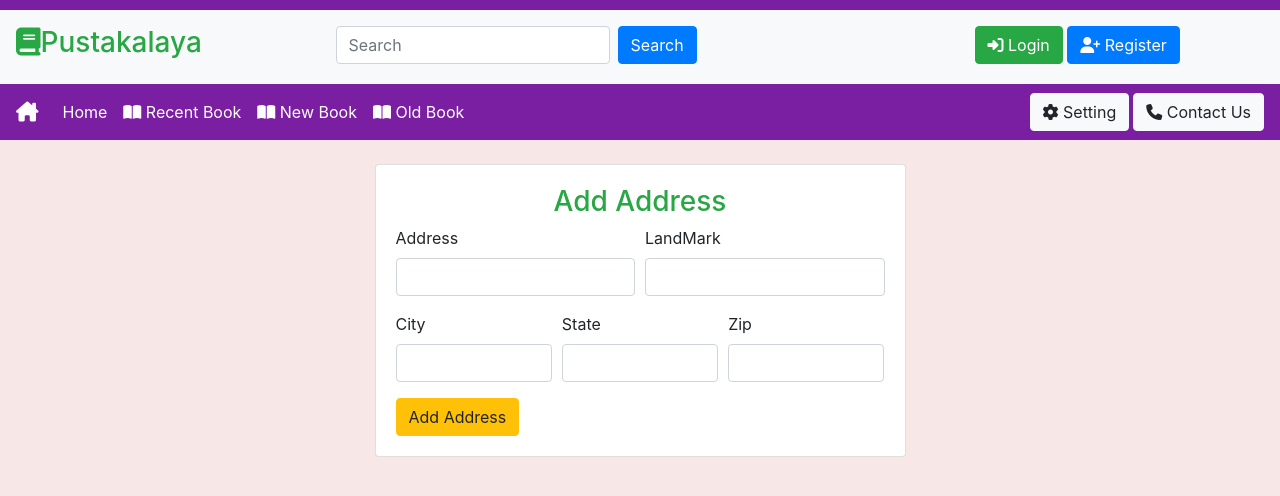
Repository: kalaprabhakar/Pustakalay_Web_Application
Page: http://localhost/E_Book_Management/user_address.jsp
These files come from the project's save history. The page is drawn as it stood at one moment and after the next save; the edit follows.
The browser window is 1280 px wide. The pictures show the whole page.
Some web libraries are served in a nearby version. The page is served by Tomcat 10.

Above is the page before, as saved 2024-02-28 14:59:15.

After the next save:
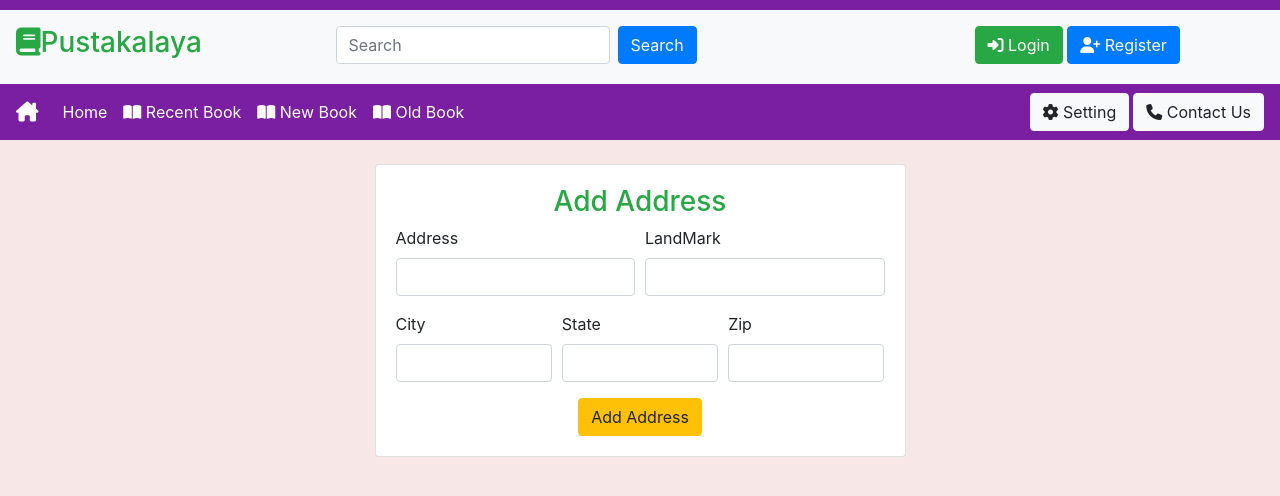
Saved 95 s later.
--- a/E_Book_Management/src/main/webapp/user_address.jsp
+++ b/E_Book_Management/src/main/webapp/user_address.jsp
@@ -45,7 +45,10 @@
 								</div>
 
 							</div>
-							<button type="submit" class="btn btn-warning">Add Address</button>
+							<div class="text-center">
+
+							<button type="submit" class="btn btn-warning text-whitw">Add Address</button>
+						</div>
 						</form>
 
 					</div>

After the save that followed:
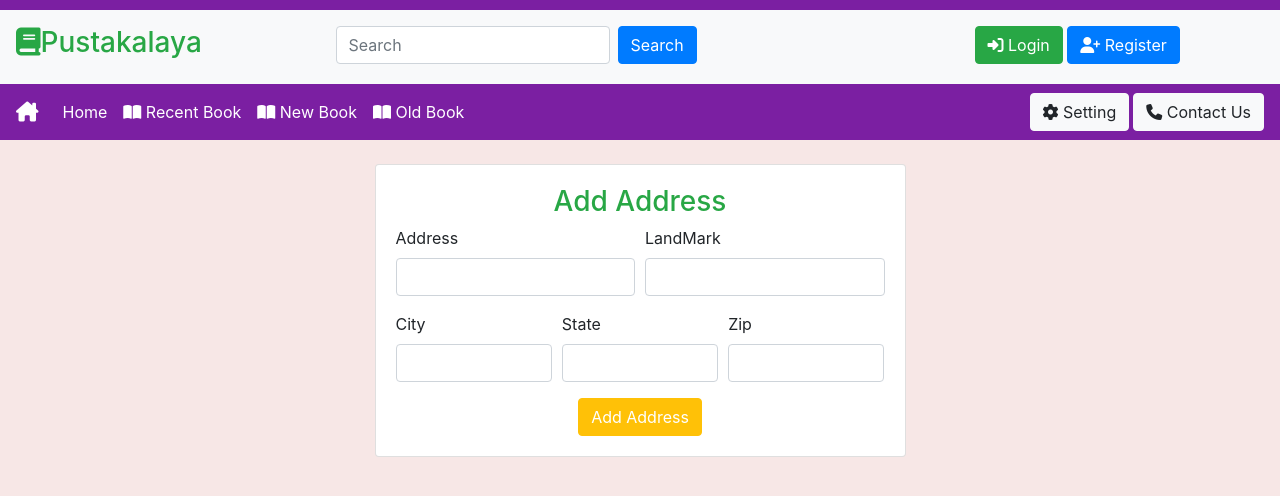
Saved 6 s later.
--- a/E_Book_Management/src/main/webapp/user_address.jsp
+++ b/E_Book_Management/src/main/webapp/user_address.jsp
@@ -47,7 +47,7 @@
 							</div>
 							<div class="text-center">
 
-							<button type="submit" class="btn btn-warning text-whitw">Add Address</button>
+							<button type="submit" class="btn btn-warning text-white">Add Address</button>
 						</div>
 						</form>
 
